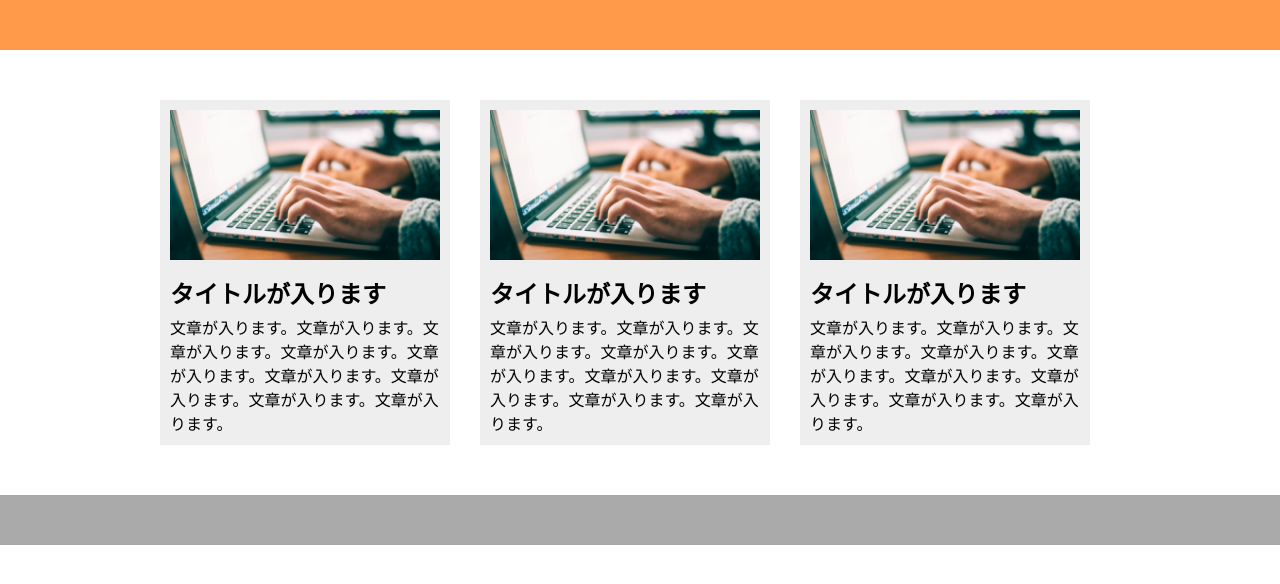
Repository: Takahiro620/dmmwebcamp
Page: enshu9/enshu9.html
The author's editor kept a record of every edit. The page is drawn from the files as they stood at one moment, then again after the next edit.
The browser window is 1280 px wide. The pictures show the whole page.

Above is the page before.

After the next edit:
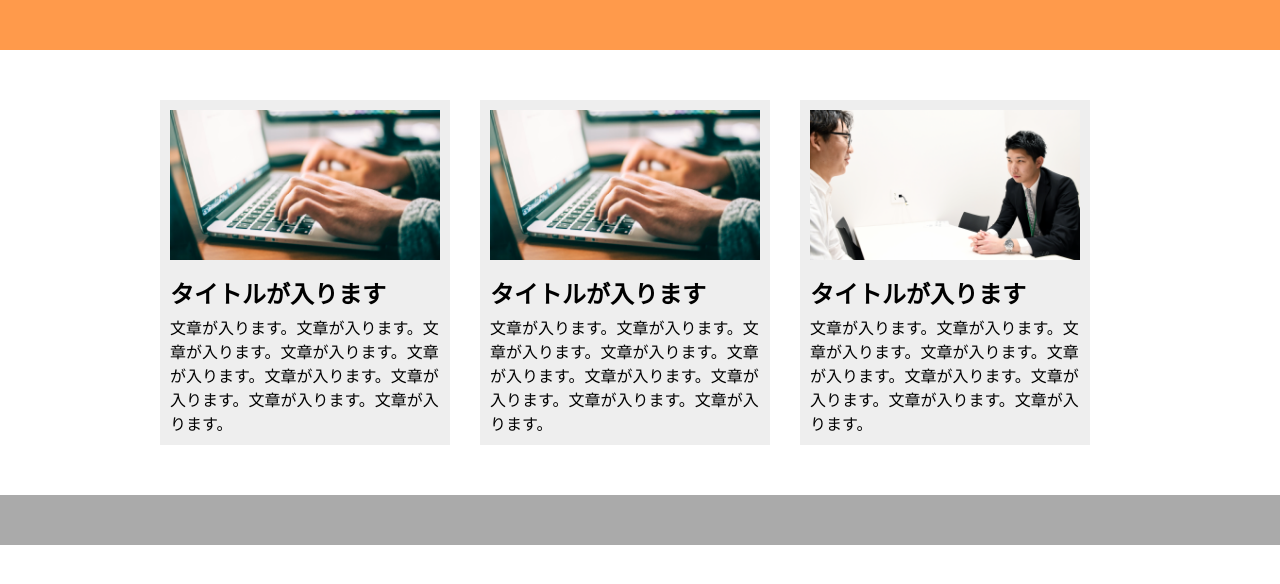
The edit:
--- a/enshu9/enshu9.html
+++ b/enshu9/enshu9.html
@@ -31,7 +31,7 @@
       </span>
 
       <span class="main-3">
-        <div class="image-2"></div>
+        <div class="image-3"></div>
         <h2 class="title">タイトルが入ります</h2>
         <p class="text">文章が入ります。文章が入ります。文章が入ります。文章が入ります。文章が入ります。文章が入ります。文章が入ります。文章が入ります。文章が入ります。</p>
       </span>
